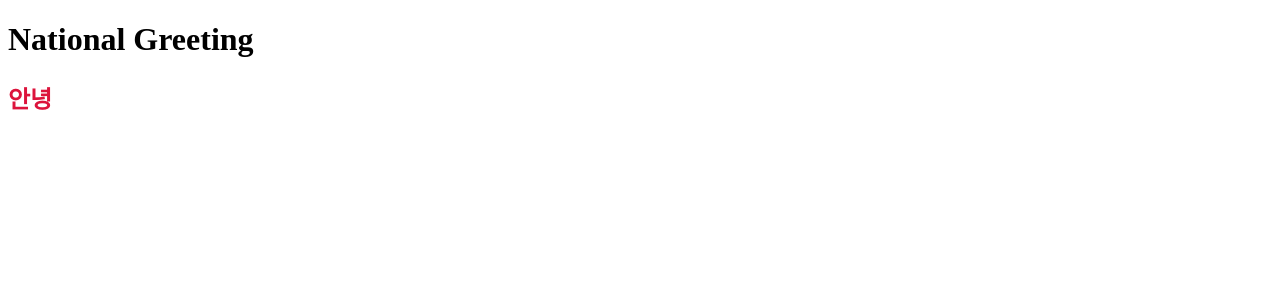
Repository: daeun0220/KB_EDU_JAVA
Page: work03_FrontUI/front04_JS/src/main/webapp/event/js05_setInterval.html
An editor plug-in stored every save of this project. The page is shown before and after the next save, followed by the edit.
The browser window is 1280 px wide. The pictures show the whole page.

Above is the page before, as saved 2023-08-09 08:15:49.

### work03_FrontUI/front04_JS/src/main/webapp/event/js05_setInterval.html
<!DOCTYPE html>
<html>
<head>
<meta charset="UTF-8">
<title>Insert title here</title>
<script>
var count = 0;
onload = function(){
	setInterval(function(){    //2초 간격으로 돌아감....
		let messages = ["안녕하세요", "Hello", "Bongjour"];
	}, 2000);
}
</script>
</head>
<body>
<h1>National Greeting</h1>
<h2 style="color:crimson">안녕</h2>
</body>
</html>

After the next save:
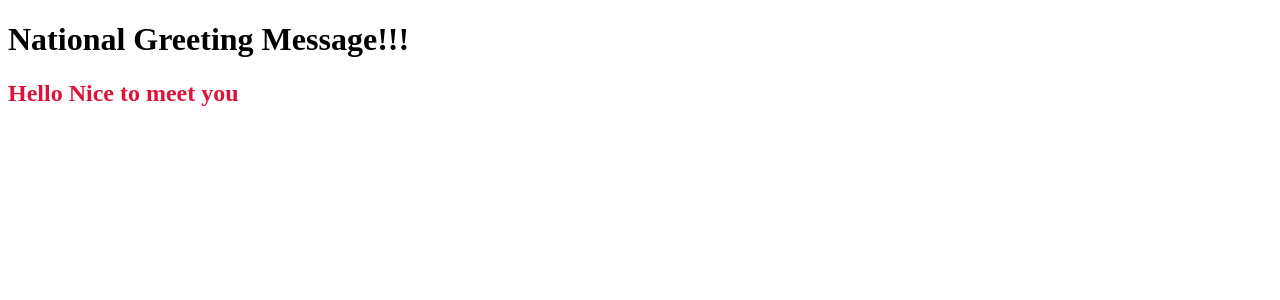
Saved 4 s later.
--- a/work03_FrontUI/front04_JS/src/main/webapp/event/js05_setInterval.html
+++ b/work03_FrontUI/front04_JS/src/main/webapp/event/js05_setInterval.html
@@ -4,16 +4,27 @@
 <meta charset="UTF-8">
 <title>Insert title here</title>
 <script>
-var count = 0;
-onload = function(){
-	setInterval(function(){    //2초 간격으로 돌아감....
-		let messages = ["안녕하세요", "Hello", "Bongjour"];
-	}, 2000);
-}
+	var count = 0;
+	onload = function(){
+		setInterval(function(){
+			let messages = [
+			"안녕하세요",
+			"Hello Nice to meet you",
+			"こんにちは",
+			"Bongjour~~~Moasasasasas"
+			];
+
+			let header = document.querySelector("h2");
+			header.innerHTML = messages[count++];
+
+			if(count==messages.length) count=0;
+		}, 2000);
+
+	}
 </script>
 </head>
 <body>
-<h1>National Greeting</h1>
-<h2 style="color:crimson">안녕</h2>
+<h1>National Greeting Message!!!</h1>
+<h2 style="color:crimson">안녕하세요~~</h2>
 </body>
 </html>
